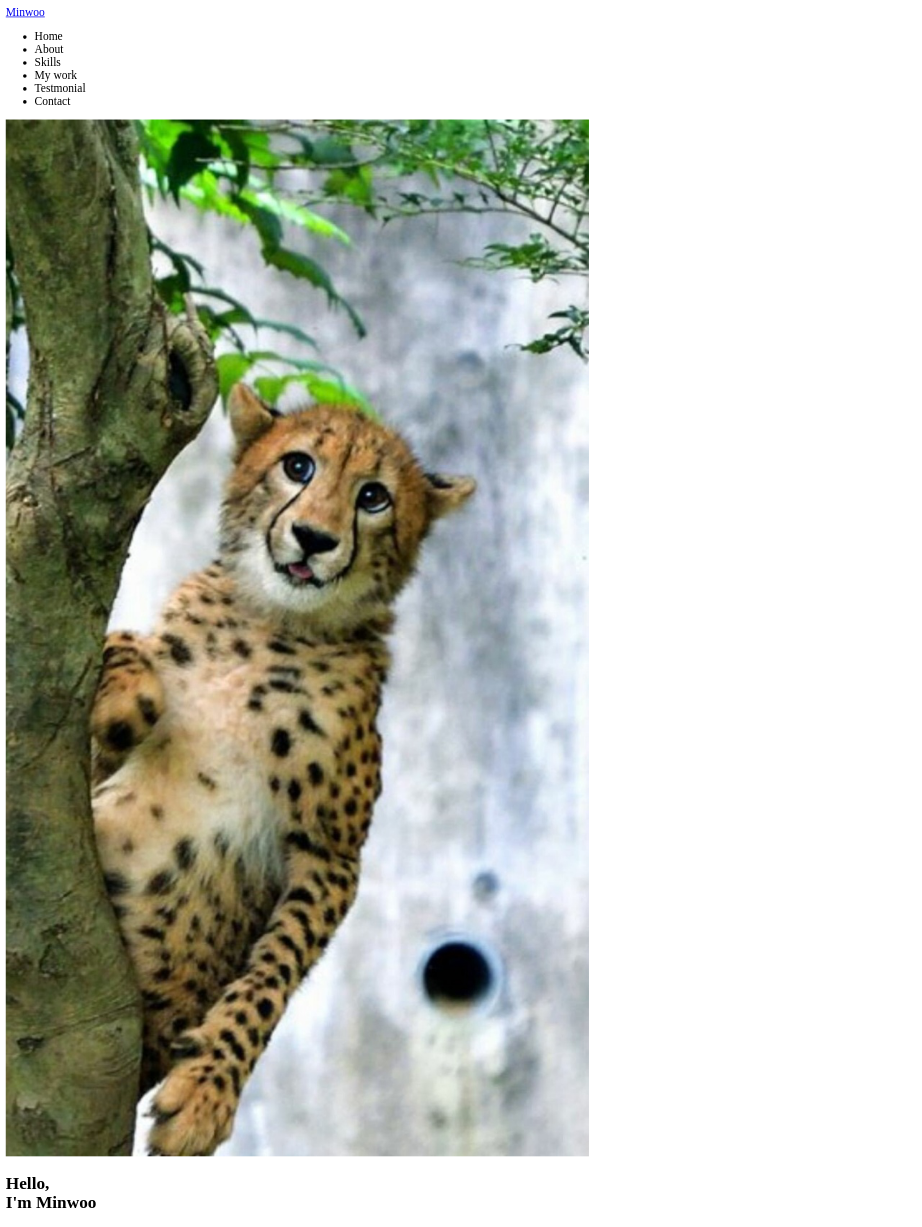
Repository: DevMinwoo-Jung/Portfolio
Page: index.html
These files come from the project's save history. The page is drawn as it stood at one moment and after the next save; the edit follows.
The browser window is 1280 px wide. The pictures show the whole page, at 72% of full size.

Above is the page before, as saved 2021-03-22 12:48:23.

After the next save:
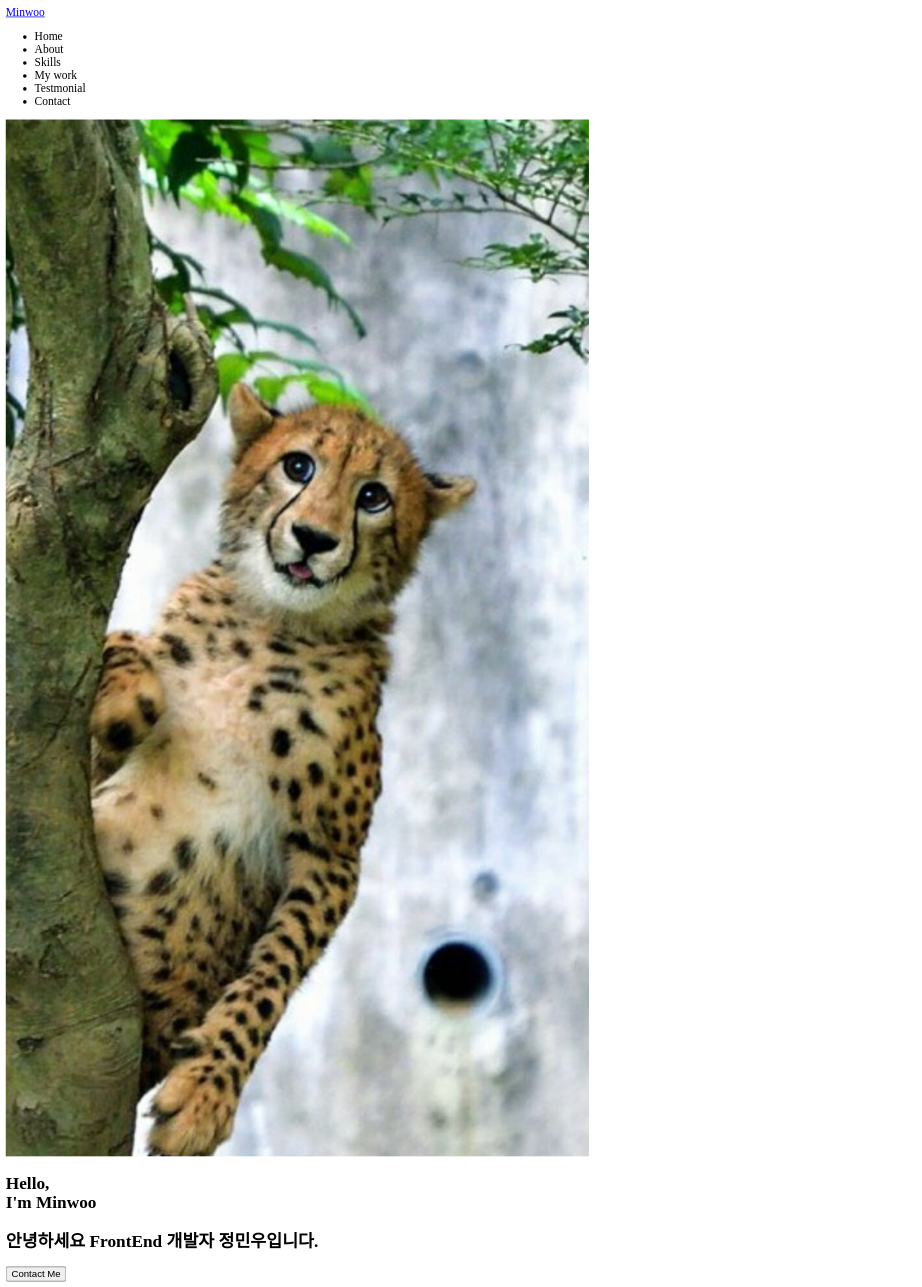
Saved 92 s later.
--- a/index.html
+++ b/index.html
@@ -38,6 +38,8 @@
      />
 
     <h1 class="home__title">Hello, <br> I'm Minwoo</h1>
+    <h2 class="home__description">안녕하세요 FrontEnd 개발자 정민우입니다.</h2>
+    <button class="home__contact">Contact Me</button>
   </section>
   <!-- About -->
   <section id="about">
